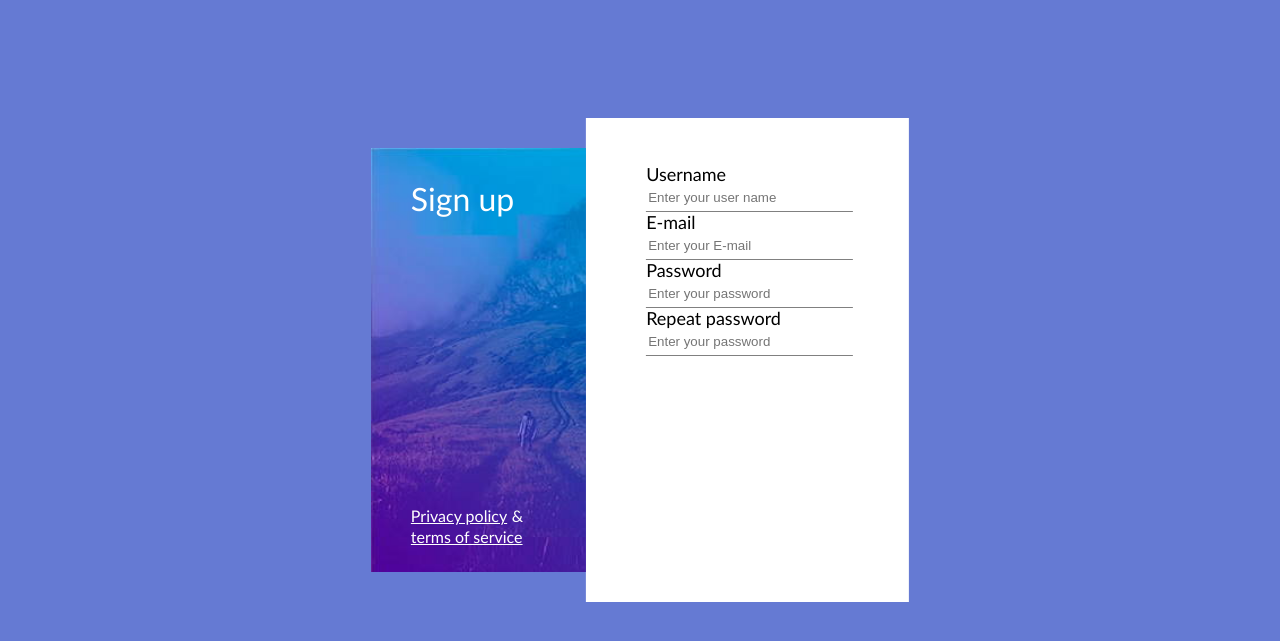
Repository: motiejus1/11-paskaita-adobexd-registracija
Page: index.html
The author's editor kept a copy of each file at every save. The page is drawn from the files as they stood at one save, then again after the next save.
The browser window is 1280 px wide. The pictures show the whole page.

Above is the page before, as saved 2021-06-17 20:05:36.

After the next save:
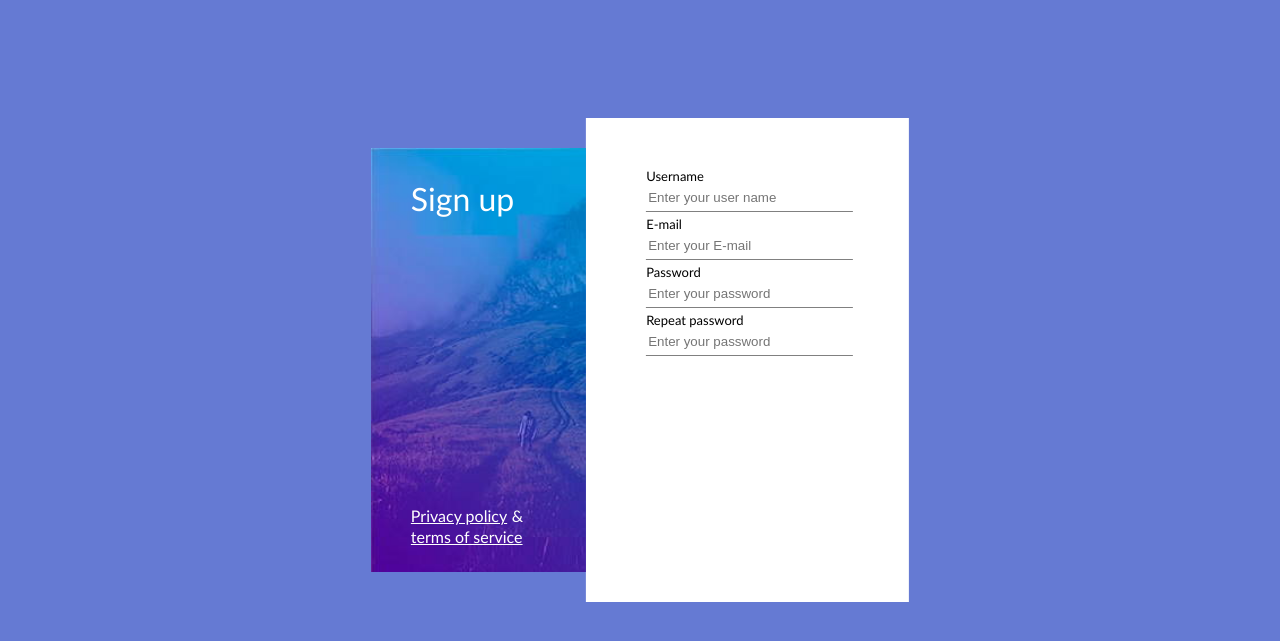
Saved 73 s later.
--- a/index.html
+++ b/index.html
@@ -91,6 +91,10 @@
             padding-bottom: 0.3333rem;
         }
 
+        label {
+            font: normal normal normal 13px/15px Gill Sans MT;
+        }
+
     </style>
 
 </head>
